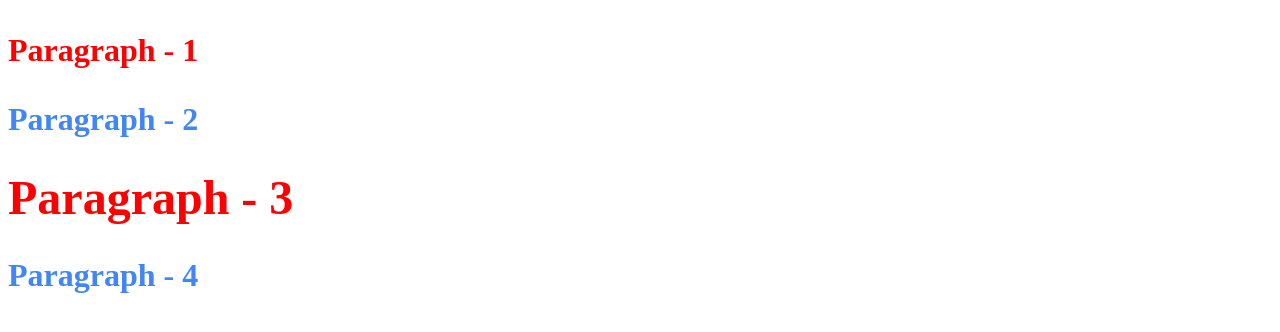
Repository: linas-dev/HTML-CSS-Projects
Page: Basic_HTML_and_JavaScript_1/Basic_HTML_1.html
These files come from the project's save history. The page is drawn as it stood at one moment and after the next save; the edit follows.
The browser window is 1280 px wide. The pictures show the whole page.

Above is the page before, as saved 2021-05-26 22:20:10.

After the next save:
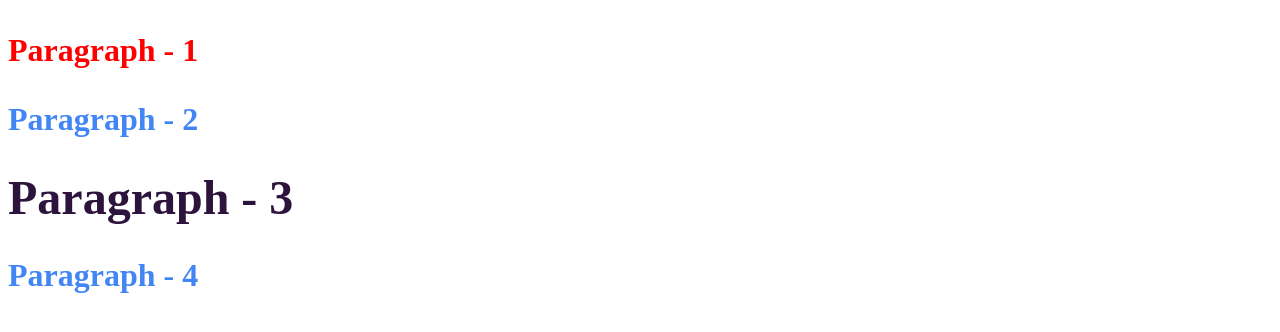
Saved 87 s later.
--- a/Basic_HTML_and_JavaScript_1/Basic_HTML_1.html
+++ b/Basic_HTML_and_JavaScript_1/Basic_HTML_1.html
@@ -9,7 +9,7 @@
 <body>
     <h1><p><font color="red">Paragraph - 1</font></p></h1>
     <h1><p><font color="#4285F4">Paragraph - 2</font></p></h1>
-    <h1><p><font color="red" face="Pattaya" size="8">Paragraph - 3</font></p></h1>
+    <h1><p><font color="#2C143D" face="Pattaya" size="8">Paragraph - 3</font></p></h1>
     <h1><p><font color="#4285F4">Paragraph - 4</font></p></h1>
     <script src="Basic_JavaScript_1.js"></script>
 </body>
